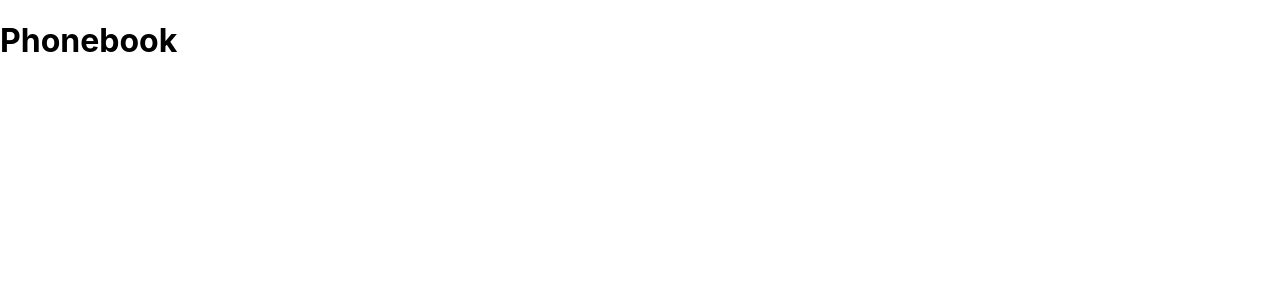
Repository: alexshlikhta/goit-react-hw-02-phonebook
Page: /
These files come from the project's save history. The page is drawn as it stood at one moment and after a run of saves; the edit follows.
The browser window is 1280 px wide. The pictures show the whole page.
The project was rebuilt for these pictures with package versions that can differ from the ones it lists, and the page was loaded fresh each time. Also part of the build but not shown: src/App.css.

Above is the page before, as saved 2021-12-07 22:34:35.

After the next 2 saves:
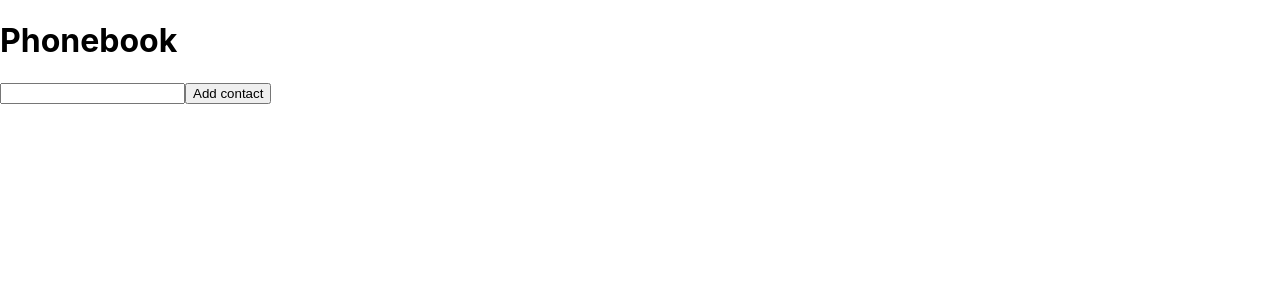
The 2 saves are shown as one change because they came seconds apart.
The last was saved 30 s later.
--- a/src/App.js
+++ b/src/App.js
@@ -39,6 +39,20 @@ export default class App extends Component {
 			<>
 				<h1>Phonebook</h1>
 
+				<form onSubmit={this.handleSubmit}>
+					<input
+						type='text'
+						name='name'
+						pattern="^[a-zA-Zа-яА-Я]+(([' -][a-zA-Zа-яА-Я ])?[a-zA-Zа-яА-Я]*)*$"
+						title="Name may contain only letters, apostrophe, dash and spaces. For example Adrian, Jacob Mercer, Charles de Batz de Castelmore d'Artagnan"
+						required
+						value={inputValue}
+						onChange={this.handleChange}
+					/>
+
+					<button type='submit'>Add contact</button>
+				</form>
+
 				<ul>
 					{this.state.contacts.map((el) => (
 						<li>{el}</li>
